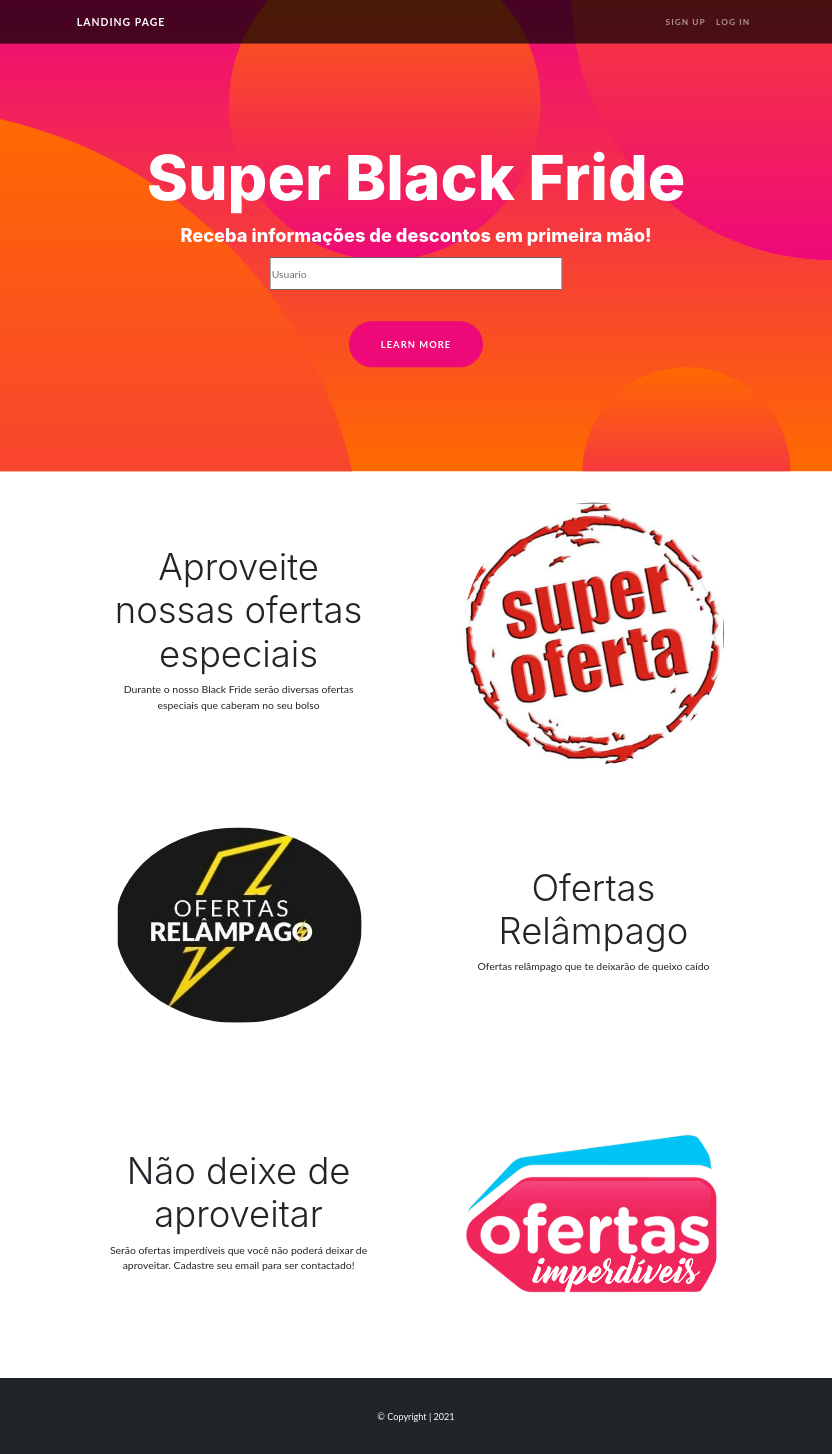
Repository: jrfalcao/landing-page
Page: /
These files come from the project's save history. The page is drawn as it stood at one moment and after the next save; the edit follows.
The browser window is 1280 px wide. The pictures show the whole page, at 65% of full size.
The project was rebuilt for these pictures with package versions that can differ from the ones it lists, and the page was loaded fresh each time.

Above is the page before, as saved 2021-07-18 22:30:03.

After the next save:
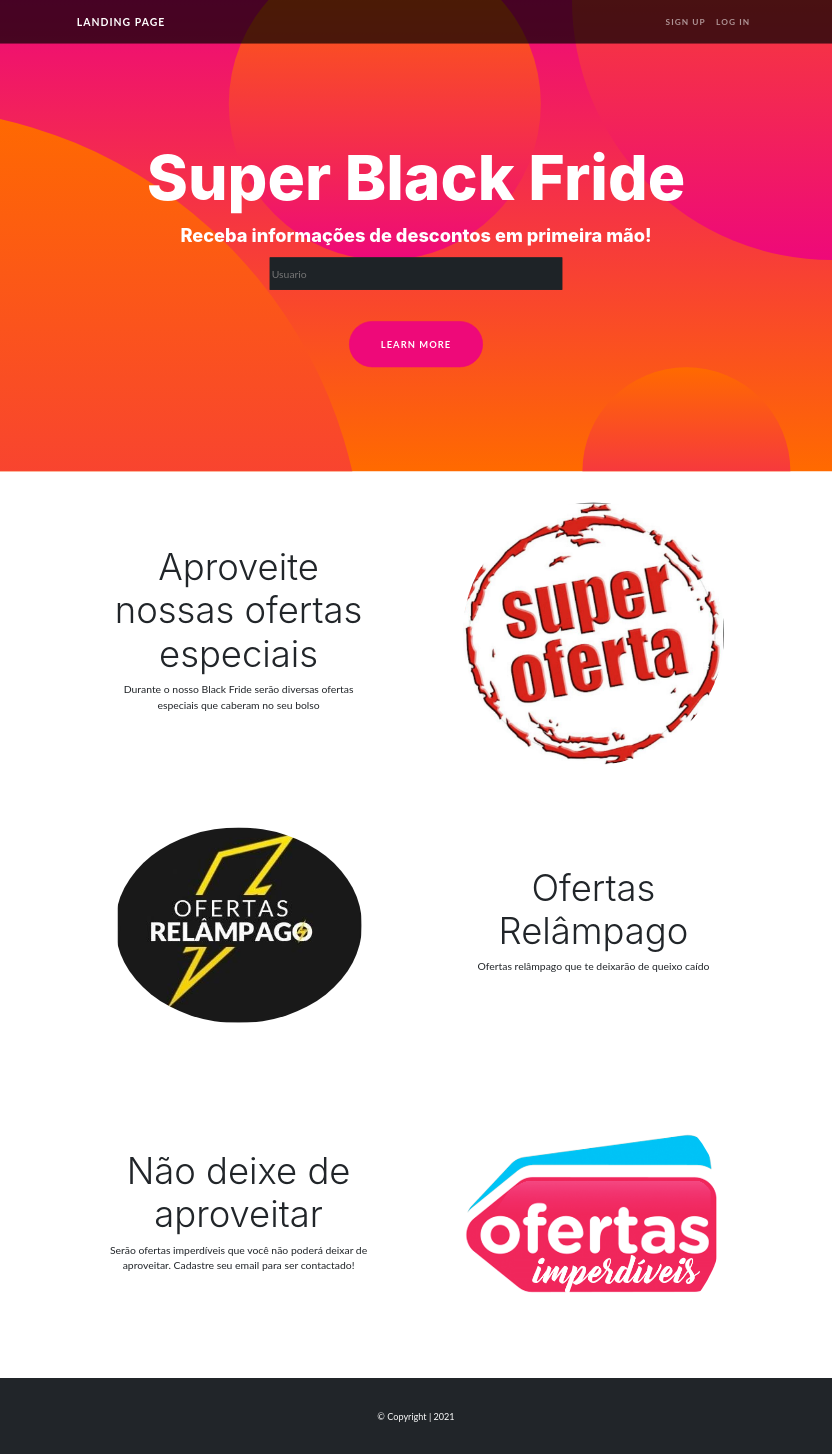
Saved 15 s later.
--- a/src/assets/css/App.css
+++ b/src/assets/css/App.css
@@ -29,7 +29,7 @@
 }
 
 .input-email {
-  background-color: rgb(#000, #000, #000);
+  background-color: rgb(30, 35, 39);
   border: solid 1px rgb(30, 35, 39);
   width: 450px;
   height: 50px;
